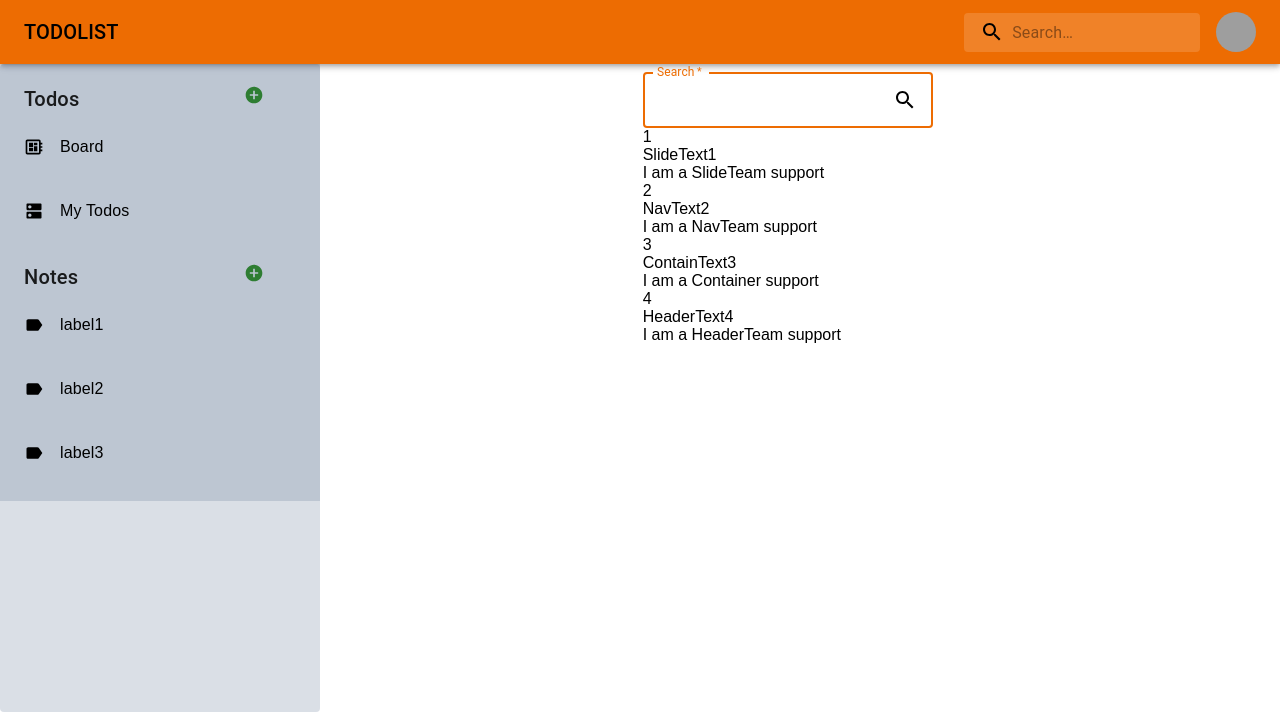
Repository: HrishrathTBS/Trackerbea
Page: / (app in client/)
These files come from the project's save history. The page is drawn as it stood at one moment and after the next save; the edit follows.
The browser window is 1280 px wide. The pictures show the whole page.
Pictures or frames that could not be fetched are drawn as grey boxes. The project was rebuilt for these pictures with package versions that can differ from the ones it lists, and the page was loaded fresh each time. Also part of the build but not shown: client/src/components/TodoList.js, client/src/components/Board.js, client/src/components/ListOfBar.js, client/src/components/MyTodos.js, client/src/pages/Label/Label1.js, client/src/pages/Label/Label2.js, client/src/pages/Label/Label3.js.

Above is the page before, as saved 2022-03-10 18:25:51.

### client/public/index.html
<!DOCTYPE html>
<html lang="en">
  <head>
    <meta charset="utf-8" />
    <link rel="icon" href="%PUBLIC_URL%/favicon.ico" />
    <meta name="viewport" content="width=device-width, initial-scale=1" />
    <meta name="theme-color" content="#000000" />
    <meta
      name="description"
      content="Web site created using mernboilerplate"
    />
    <link rel="apple-touch-icon" href="%PUBLIC_URL%/logo192.png" />
    <!--
      manifest.json provides metadata used when your web app is installed on a
      user's mobile device or desktop. See https://developers.google.com/web/fundamentals/web-app-manifest/
    -->
    <link rel="manifest" href="%PUBLIC_URL%/manifest.json" />
    <!--
      Notice the use of %PUBLIC_URL% in the tags above.
      It will be replaced with the URL of the `public` folder during the build.
      Only files inside the `public` folder can be referenced from the HTML.

      Unlike "/favicon.ico" or "favicon.ico", "%PUBLIC_URL%/favicon.ico" will
      work correctly both with client-side routing and a non-root public URL.
      Learn how to configure a non-root public URL by running `npm run build`.
    -->
    <title>MERN App</title>
  </head>
  <body>
    <noscript>You need to enable JavaScript to run this app.</noscript>
    <div id="root"></div>
    <!--
      This HTML file is a template.
      If you open it directly in the browser, you will see an empty page.

      You can add webfonts, meta tags, or analytics to this file.
      The build step will place the bundled scripts into the <body> tag.

      To begin the development, run `npm start` or `yarn start`.
      To create a production bundle, use `npm run build` or `yarn build`.
    -->
  </body>
</html>

### client/src/App.js
import React from 'react';
import { BrowserRouter } from 'react-router-dom';
import AppRoutes from './UseRoutes';
import './App.css';
const App = () => {
  return (
    <>
      <BrowserRouter>{<AppRoutes />}</BrowserRouter>
    </>
  );
};

export default App;

### client/src/UseRoutes.js
import React from 'react';
import { useRoutes } from 'react-router-dom';
import Board from './components/Board';
import Layout from './components/Layout';
import MyTodos from './components/MyTodos';
import Label1 from './pages/Label/Label1';
import Label2 from './pages/Label/Label2';
import Label3 from './pages/Label/Label3';
const AppRoutes = () => {
  return useRoutes([
    {
      path: '',
      element: <Layout />,
      children: [
        {
          path: 'board',
          element: <Board />,
        },
        {
          path: 'mytodos',
          element: <MyTodos />,
        },
        {
          path: 'label1',
          element: <Label1 />,
        },
        {
          path: 'label2',
          element: <Label2 />,
        },
        {
          path: 'label3',
          element: <Label3 />,
        },
      ],
    },
  ]);
};

export default AppRoutes;

### client/src/App.css
* {
  padding: 0%;
  margin: 0%;
  box-sizing: border-box;
  font-family: sans-serif;
}

### client/src/components/Layout.js
import React from 'react';
import { Outlet } from 'react-router-dom';
import Filter from './Filter';
import Header from './Header';
import SideBar from './SideBar';

const Layout = () => {
  return (
    <>
      <Header />
      <div style={{ display: 'flex' }}>
        <SideBar />
        {<Outlet />}
        <Filter />
      </div>
    </>
  );
};

export default Layout;

### client/src/components/Filter.js
import { Box, Grid, TextField } from '@mui/material';
import React, { useState } from 'react';
import { teams_data } from './LabelData';
import SearchIcon from '@mui/icons-material/Search';
const Filter = () => {
  const [teams, setTeams] = useState([...teams_data]);
  const [search, setSearch] = useState('');

  const handleChange = (e) => {
    const test = teams.filter((team) => {
      return (
        team.HeaderText.toLowerCase().toUpperCase().includes(e.target.value.toLowerCase()) ||
        team.NotesText.toLowerCase().includes(e.target.value.toLowerCase()) ||
        team.TitleText.toLowerCase().includes(e.target.value.toLowerCase())
      );
    });
    setTeams(test);
    setSearch(e.target.value);
  };

  return (
    <>
      <Grid container justifyContent='center' m={1}>
        <Grid item xs={4}>
          <Box sx={{ display: 'flex', alignItems: 'center' }}>
            <TextField autoComplete='text' value={search} color='warning' variant='outlined' fullWidth id='search' label='Search' onChange={handleChange} autoFocus required />
            <SearchIcon sx={{ position: 'relative', right: '40px' }} />
          </Box>
          {teams.map((team) => (
            <>
              <p>{team.HeaderText}</p>
              <p>{team.TitleText}</p>
              <p>{team.NotesText}</p>
            </>
          ))}
        </Grid>
      </Grid>
    </>
  );
};

export default Filter;

### client/src/components/Header.js
import * as React from 'react';
import AppBar from '@mui/material/AppBar';
import Box from '@mui/material/Box';
import Toolbar from '@mui/material/Toolbar';
import IconButton from '@mui/material/IconButton';
import Typography from '@mui/material/Typography';
import Menu from '@mui/material/Menu';
import MenuIcon from '@mui/icons-material/Menu';
import Container from '@mui/material/Container';
import Avatar from '@mui/material/Avatar';
import Tooltip from '@mui/material/Tooltip';
import MenuItem from '@mui/material/MenuItem';
import SearchIcon from '@mui/icons-material/Search';
import { styled, alpha } from '@mui/material/styles';
import { InputBase } from '@mui/material';

const pages = ['Header'];
const settings = ['Profile', 'Account', 'Dashboard', 'Logout'];

const Search = styled('div')(({ theme }) => ({
  position: 'relative',
  borderRadius: theme.shape.borderRadius,
  backgroundColor: alpha(theme.palette.common.white, 0.15),
  '&:hover': {
    backgroundColor: alpha(theme.palette.common.white, 0.25),
  },
  marginRight: theme.spacing(2),
  marginLeft: 0,
  width: '100%',
  [theme.breakpoints.up('sm')]: {
    marginLeft: theme.spacing(3),
    width: 'auto',
  },
}));
const SearchIconWrapper = styled('div')(({ theme }) => ({
  padding: theme.spacing(0, 2),
  height: '100%',
  position: 'absolute',
  pointerEvents: 'none',
  color: 'black',
  display: 'flex',
  alignItems: 'center',
  justifyContent: 'center',
}));
const StyledInputBase = styled(InputBase)(({ theme }) => ({
  color: 'black',
  '& .MuiInputBase-input': {
    padding: theme.spacing(1, 1, 1, 0),
    paddingLeft: `calc(1em + ${theme.spacing(4)})`,
    transition: theme.transitions.create('width'),
    width: '100%',
    [theme.breakpoints.up('md')]: {
      width: '20ch',
    },
  },
}));

const Header = () => {
  const [anchorElNav, setAnchorElNav] = React.useState(null);
  const [anchorElUser, setAnchorElUser] = React.useState(null);

  const handleOpenNavMenu = (event) => {
    setAnchorElNav(event.currentTarget);
  };
  const handleOpenUserMenu = (event) => {
    setAnchorElUser(event.currentTarget);
  };

  const handleCloseNavMenu = () => {
    setAnchorElNav(null);
  };

  const handleCloseUserMenu = () => {
    setAnchorElUser(null);
  };

  return (
    <AppBar position='static' color='warning'>
      <Container maxWidth='xl'>
        <Toolbar disableGutters>
          <Typography variant='h6' noWrap component='div' sx={{ mr: 2, display: { xs: 'none', md: 'flex', color: 'black' } }}>
            TODOLIST
          </Typography>
          <Box sx={{ flexGrow: 1, display: { xs: 'flex', md: 'none' } }}>
            <IconButton size='large' aria-label='account of current user' aria-controls='menu-appbar' aria-haspopup='true' onClick={handleOpenNavMenu} color='inherit'>
              <MenuIcon />
            </IconButton>
            <Menu
              id='menu-appbar'
              anchorEl={anchorElNav}
              anchorOrigin={{
                vertical: 'bottom',
                horizontal: 'left',
              }}
              keepMounted
              transformOrigin={{
                vertical: 'top',
                horizontal: 'left',
              }}
              open={Boolean(anchorElNav)}
              onClose={handleCloseNavMenu}
              sx={{
                display: { xs: 'block', md: 'none' },
              }}
            >
              {pages.map((page) => (
                <MenuItem key={page} onClick={handleCloseNavMenu}>
                  <Typography textAlign='center'>{page}</Typography>
                </MenuItem>
              ))}
            </Menu>
          </Box>

          <Typography variant='h6' noWrap component='div' sx={{ flexGrow: 1, display: { xs: 'flex', md: 'none' } }}>
            TODOLIST
          </Typography>
          <Box sx={{ flexGrow: 1, display: { xs: 'none', md: 'flex' } }}></Box>
          <Search>
            <SearchIconWrapper>
              <SearchIcon />
            </SearchIconWrapper>
            <StyledInputBase placeholder='Search…' inputProps={{ 'aria-label': 'search' }} />
          </Search>
          <Box sx={{ flexGrow: 0 }}>
            <Tooltip title='Open settings'>
              <IconButton onClick={handleOpenUserMenu} sx={{ p: 0 }}>
                <Avatar alt='Remy Sharp' src='/static/images/avatar/2.jpg' />
              </IconButton>
            </Tooltip>
            <Menu
              sx={{ mt: '45px' }}
              id='menu-appbar'
              anchorEl={anchorElUser}
              anchorOrigin={{
                vertical: 'top',
                horizontal: 'right',
              }}
              keepMounted
              transformOrigin={{
                vertical: 'top',
                horizontal: 'right',
              }}
              open={Boolean(anchorElUser)}
              onClose={handleCloseUserMenu}
            >
              {settings.map((setting) => (
                <MenuItem key={setting} onClick={handleCloseUserMenu}>
                  <Typography textAlign='center'>{setting}</Typography>
                </MenuItem>
              ))}
            </Menu>
          </Box>
        </Toolbar>
      </Container>
    </AppBar>
  );
};
export default Header;

### client/src/components/SideBar.js
import * as React from 'react';
import Box from '@mui/material/Box';
import { styled, ThemeProvider, createTheme } from '@mui/material/styles';
import Divider from '@mui/material/Divider';
import List from '@mui/material/List';
import Paper from '@mui/material/Paper';
import ListItem from './ListItem';
import People from '@mui/icons-material/People';
import Dns from '@mui/icons-material/Dns';
import LabelIcon from '@mui/icons-material/Label';
import DeveloperBoardIcon from '@mui/icons-material/DeveloperBoard';
const FireNav = styled(List)({
  '& .MuiListItemButton-root': {
    paddingLeft: 24,
    paddingRight: 24,
  },
  '& .MuiListItemIcon-root': {
    minWidth: 0,
    marginRight: 16,
  },
  '& .MuiSvgIcon-root': {
    fontSize: 20,
  },
});

export default function CustomizedList() {
  const [open, setOpen] = React.useState(true);

  const DataItem = [
    {
      label: 'Todos',
      data: [
        { icon: <DeveloperBoardIcon />, label: 'Board', link: '/board' },
        { icon: <Dns />, label: 'My Todos ', link: '/mytodos' },
      ],
    },
    {
      label: 'Notes',
      data: [
        { icon: <LabelIcon />, label: 'label1', link: '/label1' },
        { icon: <LabelIcon />, label: 'label2 ', link: '/label2' },
        { icon: <LabelIcon />, label: 'label3 ', link: '/label3' },
      ],
    },
  ];

  return (
    <Box sx={{ display: 'flex', height: '90vh' }}>
      <ThemeProvider
        theme={createTheme({
          components: {
            MuiListItemButton: {
              defaultProps: {
                disableTouchRipple: true,
              },
            },
          },
          palette: {
            background: { paper: 'rgba(71, 98, 130, 0.2)' },
          },
        })}
      >
        <Paper elevation={0} sx={{ maxWidth: 370 }}>
          <FireNav component='nav' disablePadding>
            <Divider />
            <Box
              sx={{
                bgcolor: open ? 'rgba(71, 98, 130, 0.2)' : null,
                pb: open ? 2 : 0,
              }}
            >
              {DataItem.map(({ data, label }) => (
                <ListItem data={data} label={label} />
              ))}
            </Box>
          </FireNav>
        </Paper>
      </ThemeProvider>
    </Box>
  );
}

### client/src/components/LabelData.js
// export const teams_data = ['raju', 'ahesan', 'rishabh', 'khodu', 'parsan'];
export const teams_data = [
  {
    HeaderText: '1',
    TitleText: 'SlideText1',
    NotesText: 'I am a SlideTeam support',
  },
  {
    HeaderText: '2',
    TitleText: 'NavText2',
    NotesText: 'I am a NavTeam support',
  },
  {
    HeaderText: '3',
    TitleText: 'ContainText3',
    NotesText: 'I am a Container support',
  },
  {
    HeaderText: '4',
    TitleText: 'HeaderText4',
    NotesText: 'I am a HeaderTeam support',
  },
];

### client/src/components/ListItem.js
import { Box, ListItemIcon, ListItemText } from '@mui/material';
import ListItemButton from '@mui/material/ListItemButton';
import AddCircleIcon from '@mui/icons-material/AddCircle';
import KeyboardArrowDown from '@mui/icons-material/KeyboardArrowDown';
import React from 'react';

const ListItem = ({ data, label }) => {
  const [open, setOpen] = React.useState(true);
  return (
    <>
      <ListItemButton
        alignItems='flex-start'
        sx={{
          px: 3,
          pt: 2.5,
          pb: open ? 0 : 2.5,
          '&:hover, &:focus': { '& svg': { opacity: open ? 1 : 1 } },
        }}
      >
        <ListItemText
          primary={label}
          primaryTypographyProps={{
            fontSize: 20,
            width: '220px',
            fontWeight: 'medium',
            lineHeight: '20px',
            mb: '2px',
          }}
        />
        <AddCircleIcon color='success' />
        <KeyboardArrowDown
          onClick={() => setOpen(!open)}
          sx={{
            opacity: 1,
            px: 2,
            transform: open ? 'rotate(-180deg)' : 'rotate(0)',
            transition: '0.5s',
          }}
        />
      </ListItemButton>
      <Box>
        {open &&
          data &&
          data.map((item) => (
            <ListItemButton key={item.label} sx={{ py: 2, minHeight: 32, color: 'rgba(0,0,0,1)', justifyContent: 'flex-start' }}>
              <ListItemIcon sx={{ color: 'inherit' }}>{item.icon}</ListItemIcon>
              <ListItemText>
                <a href={item.link} style={{ textDecoration: 'none', color: 'black' }}>
                  {item.label}
                </a>
              </ListItemText>
            </ListItemButton>
          ))}
      </Box>
    </>
  );
};
export default ListItem;

Loaded but not shown: client/src/index.js (common file)

After the next save:
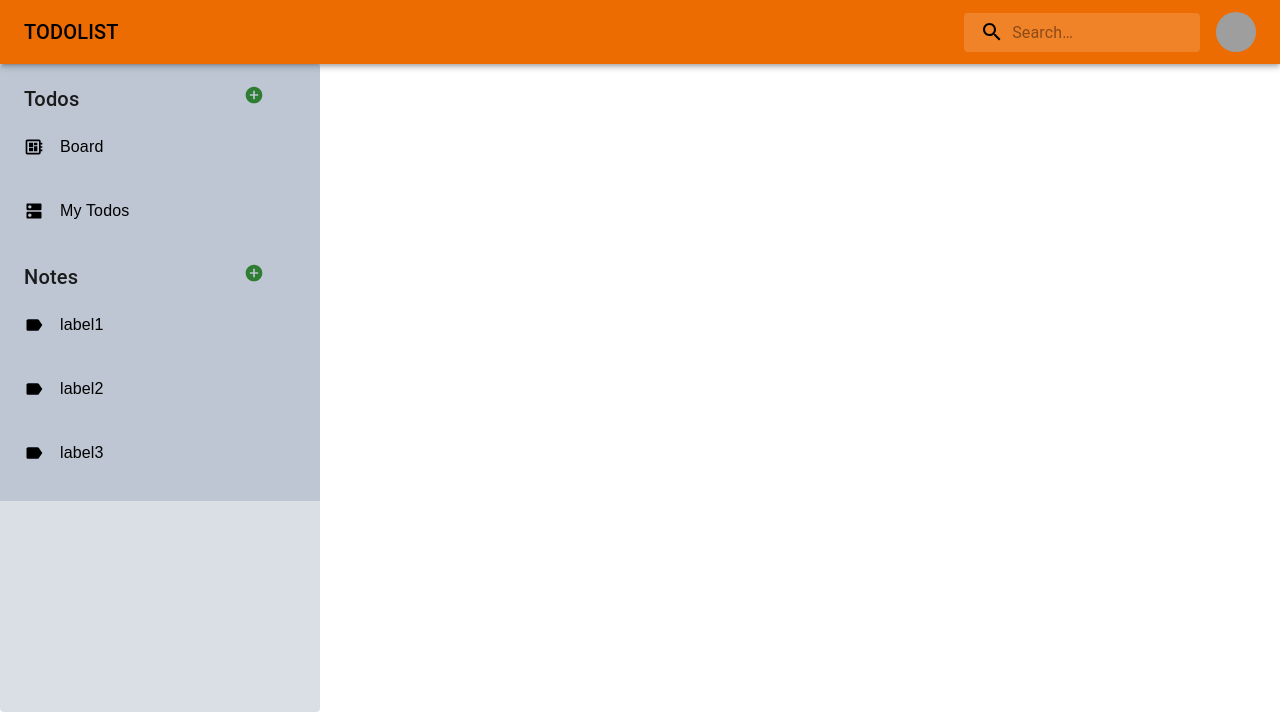
Saved 63 s later.
--- a/client/src/components/Layout.js
+++ b/client/src/components/Layout.js
@@ -11,7 +11,6 @@
       <div style={{ display: 'flex' }}>
         <SideBar />
         {<Outlet />}
-        <Filter />
       </div>
     </>
   );

After the save that followed:
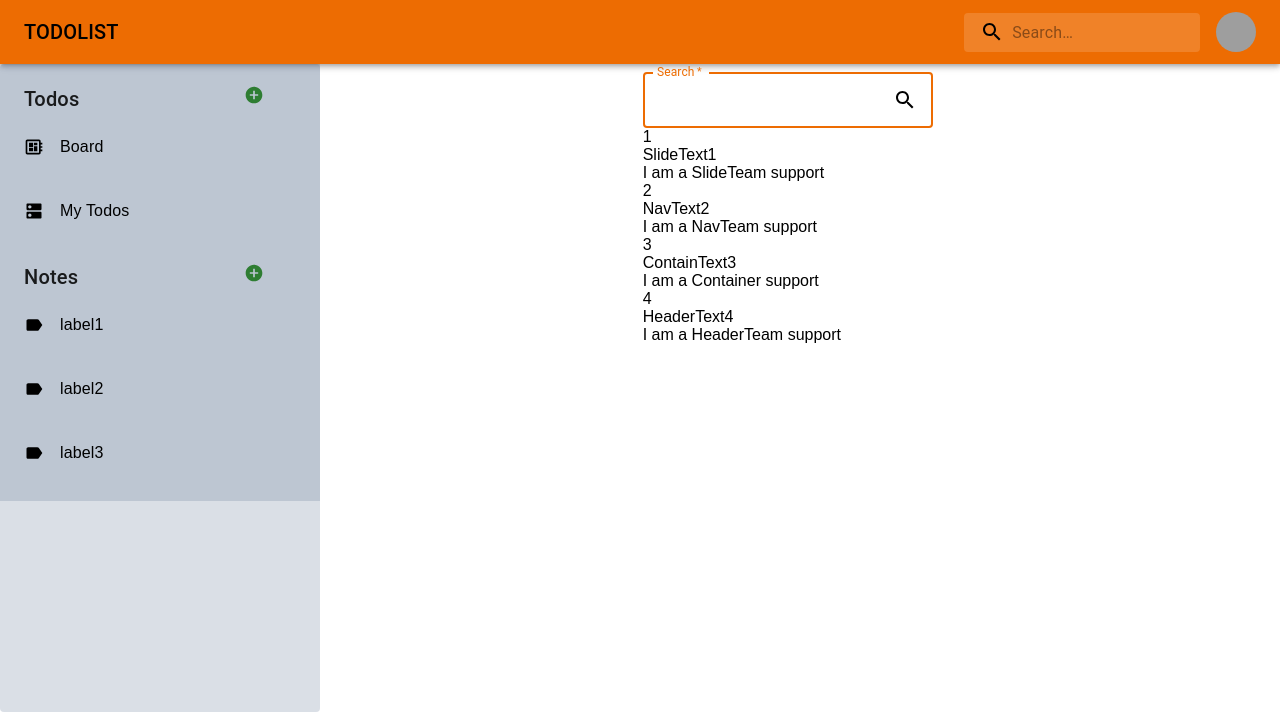
Saved 69 s later.
--- a/client/src/components/Layout.js
+++ b/client/src/components/Layout.js
@@ -6,13 +6,14 @@
 
 const Layout = () => {
   return (
-    <>
+    <div>
       <Header />
       <div style={{ display: 'flex' }}>
         <SideBar />
+        <Filter />
         {<Outlet />}
       </div>
-    </>
+    </div>
   );
 };
 
